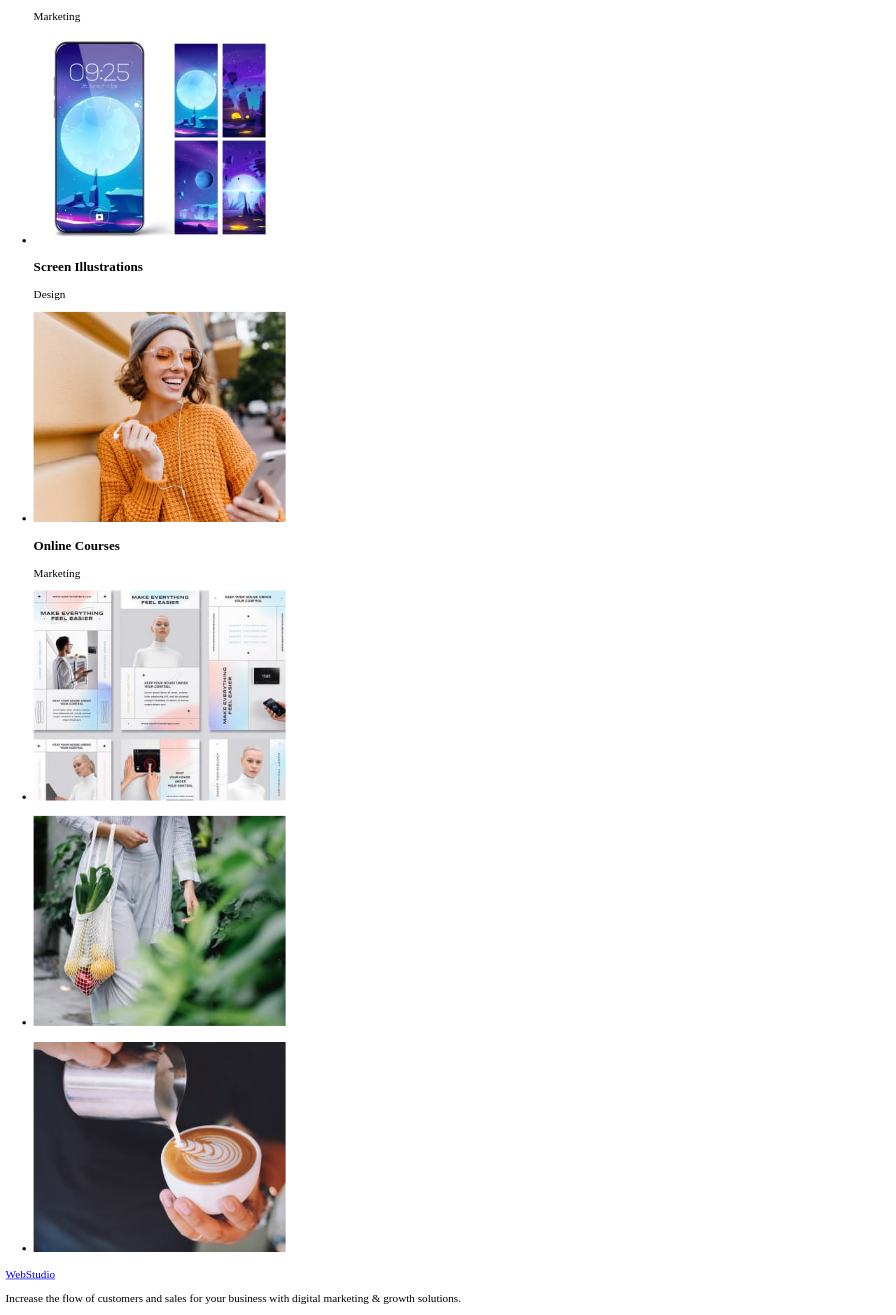
Repository: GrishchenkoNataliya/goit-markup-hw-02
Page: portfolio/indtx.html
The author's editor kept a copy of each file at every save. The page is drawn from the files as they stood at one save, then again after the next save.
The browser window is 1280 px wide. The pictures show the part of the page from y = 1812 to 3732 px (the page is 3691 px tall before and 3732 px after), at 70% of full size.

Above is the page before, as saved 2023-02-27 21:26:09.

### portfolio/indtx.html
<!DOCTYPE html>
<html lang="en">
  <head>
    <meta charset="UTF-8" />
    <meta http-equiv="X-UA-Compatible" content="IE=edge" />
    <meta name="viewport" content="width=device-width, initial-scale=1.0" />
    <title>homework_2</title>
  </head>
  <body>
    <header>
      <nav>
        <a href="./index.html">WebStudio</a>
        <ul>
          <li>
            <a href="" target="_blank" rel="noopener noreferrer nofollow"
              >Studio</a
            >
          </li>
          <li>
            <a href="" target="_blank" rel="noopener noreferrer nofollow"
              >Portfolio</a
            >
          </li>
          <li>
            <a href="" target="_blank" rel="noopener noreferrer nofollow"
              >Contacts</a
            >
          </li>
        </ul>
      </nav>
      <address>
        <ul>
          <li><a href="mailto:info@devstudio.com">info@devstudio.com</a></li>
          <li><a href="tel:+110001111111">+11 (000) 111-11-11</a></li>
        </ul>
      </address>
    </header>
    <main>
      <section>
        <h2 hidden>Большой заголовок</h2>
        <ul>
          <li>
            <a href=""><label>All</label></a>
          </li>
          <li>
            <a href=""><label>Web Site</label></a>
          </li>
          <li>
            <a href=""><label>App</label></a>
          </li>
          <li>
            <a href=""><label>Design</label></a>
          </li>
          <li>
            <a href=""><label>Marketing</label></a>
          </li>
        </ul>

      </section>
      <section>
        <ul>
            <li>
                <img src="../images/pages2/img1.jpg" alt="Banking App Interface Concept">
                    <h3>Banking App Interface Concept</h3>
                    <p>App</p>
                </img>
            </li>
            <li>
                <img src="../images/pages2/img2.jpg" alt="Cashless Payment">
                    <h3>Cashless Payment</h3>
                    <p>Marketing</p>
                </img>
            </li>
            <li>
                <img src="../images/pages2/img3.jpg" alt="Meditaion App">
                    <h3>Meditaion App</h3>
                    <p>App</p>
                </img>
            </li>
            <li>
                <img src="../images/pages2/img4.jpg" alt="Taxi Service">
                    <h3>Taxi Service</h3>
                    <p>Marketing</p>
                </img>
            </li>
            <li>
                <img src="../images/pages2/img5.jpg" alt="Screen Illustrations">
                    <h3>Screen Illustrations</h3>
                    <p>Design</p>
                </img>
            </li>
            <li>
                <img src="../images/pages2/img6.jpg" alt="Online Courses">
                    <h3>Online Courses</h3>
                    <p>Marketing</p>
                </img>
            </li>
            <li>
                <img src="../images/pages2/img7.jpg" alt="">
                    <h3></h3>
                    <p></p>
                </img>
            </li>
            <li>
                <img src="../images/pages2/img8.jpg" alt="">
                    <h3></h3>
                    <p></p>
                </img>
            </li>
            <li>
                <img src="../images/pages2/img9.jpg" alt="">
                    <h3></h3>
                    <p></p>
                </img>
            </li>
        </ul>

      </section>
    </main>
    <footer>
      <a href="./index.html">WebStudio</a>

      <p>
        Increase the flow of customers and sales for your business with digital
        marketing & growth solutions.
      </p>
      <!-- Dark-bg -->
    </footer>
  </body>
</html>

After the next save:
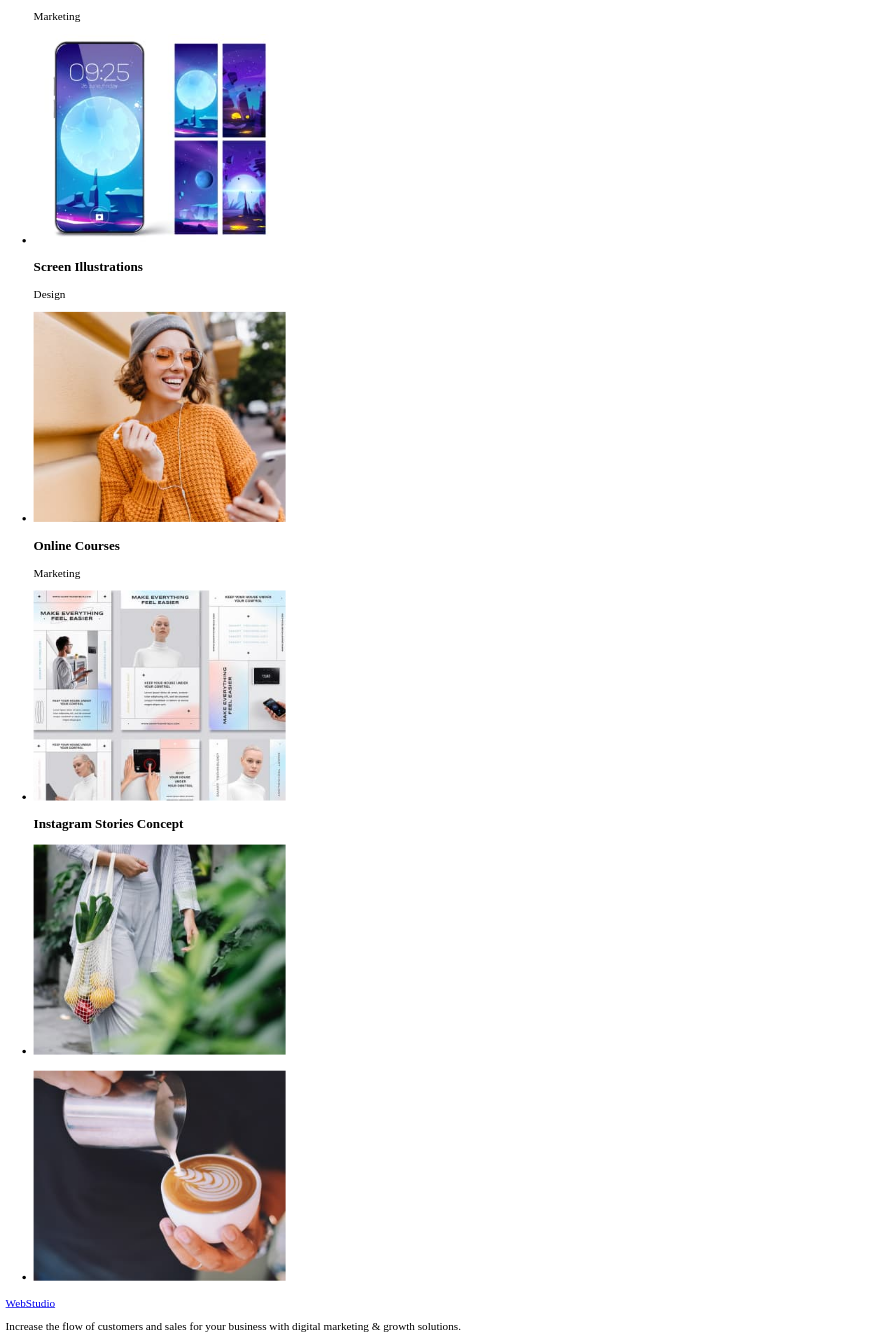
Saved 17 s later.
--- a/portfolio/indtx.html
+++ b/portfolio/indtx.html
@@ -96,8 +96,8 @@
                 </img>
             </li>
             <li>
-                <img src="../images/pages2/img7.jpg" alt="">
-                    <h3></h3>
+                <img src="../images/pages2/img7.jpg" alt="Instagram Stories Concept">
+                    <h3>Instagram Stories Concept</h3>
                     <p></p>
                 </img>
             </li>
